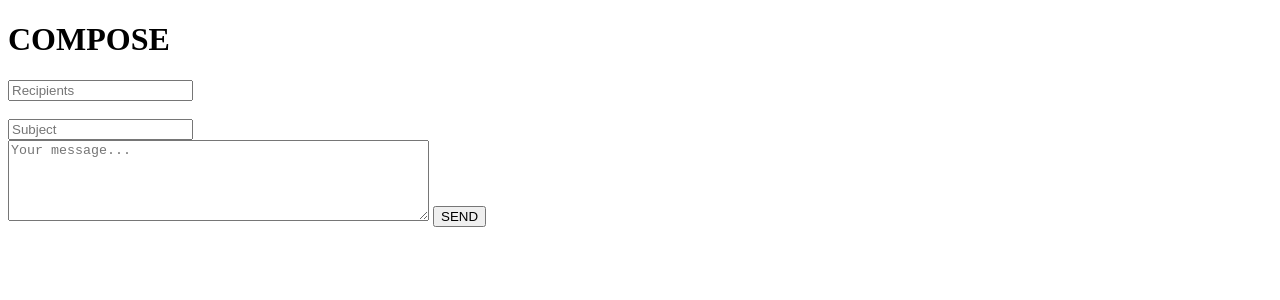
Repository: oforbes/CMail
Page: compose.html
The author's editor kept a record of every edit. The page is drawn from the files as they stood at one moment, then again after the next edit.
The browser window is 1280 px wide. The pictures show the whole page.

Above is the page before.

### compose.html
<!DOCTYPE HTML>
<html>
    <head>



    </head>

    <body>
        <h1>COMPOSE</h1>
        <form>

                    <input type="text" placeholder="Recipients" class="bxes"/><br><br>
                    <input type="text" placeholder="Subject" class="bxes"/><br>
                    <textarea cols="50" rows="5" placeholder="Your message..." draggable="false"></textarea>
                    <button class="button">SEND</button>


        </form>





    </body>


</html>

After the next edit:
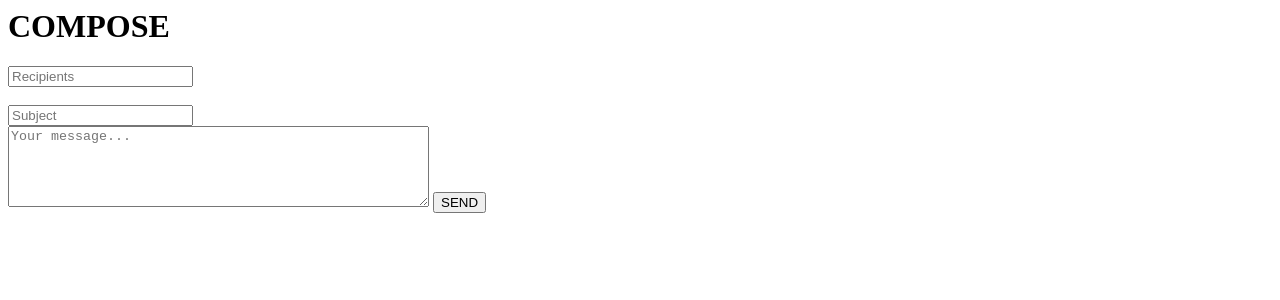
The edit:
--- a/compose.html
+++ b/compose.html
@@ -1,4 +1,4 @@
-<!DOCTYPE HTML>
+
 <html>
     <head>
 
